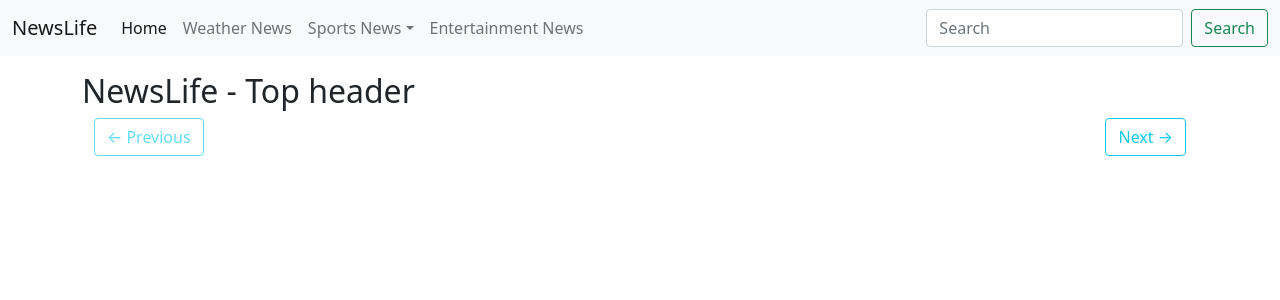
Repository: R-cpu-jpg/Newsapp.github.io
Page: /
An editor plug-in stored every save of this project. The page is shown before and after the next save, followed by the edit.
The browser window is 1280 px wide. The pictures show the whole page.
The page's requests for data from a server got no answer. The project was rebuilt for these pictures with package versions that can differ from the ones it lists, and the page was loaded fresh each time. No one was signed in, and anything a server would have sent is missing. Also part of the build but not shown: src/index.css, src/App.css, src/Components/NewsItem.js.

Above is the page before, as saved 2023-01-19 12:33:32.

### public/index.html
<!DOCTYPE html>
<html lang="en">
  <head>
    <meta charset="utf-8" />
    <link rel="icon" href="%PUBLIC_URL%/favicon.ico" />
    <meta name="viewport" content="width=device-width, initial-scale=1" />
    <meta name="theme-color" content="#000000" />
    <meta
      name="description"
      content="NewsLife is the site who grab the most of useful information about the all our world. It is also international website that contains the latest news. If you are interested in news of Weather, Politics, Sports, and Film industries. NewsLife is only for you."
    />
    <link rel="apple-touch-icon" href="%PUBLIC_URL%/logo192.png" />
    <!--
      manifest.json provides metadata used when your web app is installed on a
      user's mobile device or desktop. See https://developers.google.com/web/fundamentals/web-app-manifest/
    -->
    <link rel="manifest" href="%PUBLIC_URL%/manifest.json" />
    <link href="https://cdn.jsdelivr.net/npm/bootstrap@5.0.2/dist/css/bootstrap.min.css" rel="stylesheet" integrity="sha384-EVSTQN3/azprG1Anm3QDgpJLIm9Nao0Yz1ztcQTwFspd3yD65VohhpuuCOmLASjC" crossorigin="anonymous">
    <!--
      Notice the use of %PUBLIC_URL% in the tags above.
      It will be replaced with the URL of the `public` folder during the build.
      Only files inside the `public` folder can be referenced from the HTML.

      Unlike "/favicon.ico" or "favicon.ico", "%PUBLIC_URL%/favicon.ico" will
      work correctly both with client-side routing and a non-root public URL.
      Learn how to configure a non-root public URL by running `npm run build`.
    -->
    <title>NewsLife - get daily news free!</title>
  </head>
  <body>
    <noscript>You need to enable JavaScript to run this app.</noscript>
    <div id="root"></div>
    <!--
      This HTML file is a template.
      If you open it directly in the browser, you will see an empty page.

      You can add webfonts, meta tags, or analytics to this file.
      The build step will place the bundled scripts into the <body> tag.

      To begin the development, run `npm start` or `yarn start`.
      To create a production bundle, use `npm run build` or `yarn build`.
    -->
    <script src="https://cdn.jsdelivr.net/npm/@popperjs/core@2.9.2/dist/umd/popper.min.js" integrity="sha384-IQsoLXl5PILFhosVNubq5LC7Qb9DXgDA9i+tQ8Zj3iwWAwPtgFTxbJ8NT4GN1R8p" crossorigin="anonymous"></script>
<script src="https://cdn.jsdelivr.net/npm/bootstrap@5.0.2/dist/js/bootstrap.min.js" integrity="sha384-cVKIPhGWiC2Al4u+LWgxfKTRIcfu0JTxR+EQDz/bgldoEyl4H0zUF0QKbrJ0EcQF" crossorigin="anonymous"></script>
  </body>
</html>

### src/App.js

import './App.css';

import React, { Component } from 'react'
import Navbar from './Components/Navbar';
import News from './Components/News';

export default class App extends Component {
  render() {
    return (
      <div>
        <Navbar/>
        <News/>
      </div>
    )
  }
}

### src/Components/Navbar.js
import React, { Component } from 'react'

export class Navbar extends Component {

  render() {
    return (
      <div>
        <nav className="navbar navbar-expand-lg navbar-light bg-light">
            <div className="container-fluid">
                <a className="navbar-brand" href="#">NewsLife</a>
                <button className="navbar-toggler" type="button" data-bs-toggle="collapse" data-bs-target="#navbarSupportedContent" aria-controls="navbarSupportedContent" aria-expanded="false" aria-label="Toggle navigation">
                <span className="navbar-toggler-icon"></span>
                </button>
                <div className="collapse navbar-collapse" id="navbarSupportedContent">
                <ul className="navbar-nav me-auto mb-2 mb-lg-0">
                    <li className="nav-item">
                    <a className="nav-link active" aria-current="page" href="/">Home</a>
                    </li>
                    <li className="nav-item">
                    <a className="nav-link" href="/">Weather News</a>
                    </li>
                    <li className="nav-item dropdown">
                    <a className="nav-link dropdown-toggle" href="/" id="navbarDropdown" role="button" data-bs-toggle="dropdown" aria-expanded="false">
                        Sports News
                    </a>
                    <ul className="dropdown-menu" aria-labelledby="navbarDropdown">
                        <li><a className="dropdown-item" href="/">Basketball</a></li>
                        <li><a className="dropdown-item" href="/">Football</a></li>
                        <li><a className="dropdown-item" href="/">Hockey</a></li>
                        <li><a className="dropdown-item" href="/">Badminton</a></li>
                        <li><a className="dropdown-item" href="/">judo</a></li>
                        <li><hr className="dropdown-divider"/></li>
                        <li><a className="dropdown-item" href="/">More....</a></li>
                    </ul>
                    </li>
                    <li className="nav-item">
                    <a className="nav-link" href="/">Entertainment News</a>
                    </li>
                </ul>
                <form className="d-flex">
                    <input className="form-control me-2" type="search" placeholder="Search" aria-label="Search"/>
                    <button className="btn btn-outline-success" type="submit">Search</button>
                </form>
                </div>
            </div>
        </nav>
      </div>
    )
  }
}

export default Navbar

### src/Components/News.js
import React, { Component } from 'react';

import { NewsItem } from './NewsItem';

      export class News extends Component {
          constructor(){
              super();
              this.state = {
                  articles: [],
                  loading: false,
                  page:1,

          }
      }

      async componentDidMount(){
          let url = "https://newsapi.org/v2/top-headlines?country=in&apiKey=12c50882365b459b917dc014159fcd84&page=1pageSize=10";
          let data = await fetch(url);
          let parsedData = await data.json()
          console.log(parsedData);
          this.setState({articles: parsedData.articles, totalResults: parsedData.totalResults})
      }

      handlePrevCheck = async () => {
          console.log("Previous");
          let url = `https://newsapi.org/v2/top-headlines?country=in&apiKey=12c50882365b459b917dc014159fcd84&page=${this.state.page - 1}&pageSize=10`;
          let data = await fetch(url);
          let parsedData = await data.json()
          console.log(parsedData);
          this.setState({
            page: this.state.page - 1,
            articles: parsedData.articles
          })
      }

      handleNextCheck = async () => {
        console.log("Next");
        if (this.state.page + 1 > Math.ceil(this.state.totalResults/10)){

        }
        else{
        let url = `https://newsapi.org/v2/top-headlines?country=in&apiKey=12c50882365b459b917dc014159fcd84&page=${this.state.page + 1}&pageSize=10`;
        let data = await fetch(url);
        let parsedData = await data.json()
        console.log(parsedData);
        this.setState({
          page: this.state.page + 1,
          articles: parsedData.articles
        })
      }
      }


    render() {
        return (
            <div className="container my-3">
                <h2>NewsLife - Top header</h2>
                <div className="row">
                {this.state.articles.map((element)=>{
                return  <div className="col-md-4" key={element.url}>
                          <NewsItem title={element.title?element.title. slice(0, 45):""} description={element.description?element.description. slice(0, 88):""} imageUrl={element.urlToImage} newsUrl={element.url}></NewsItem>
                        </div>
                })}
                </div>
                <div className="container d-flex justify-content-between">
                  <button disabled={this.state.page<=1} type="button" className="btn btn-outline-info" onClick={this.handlePrevCheck}> &larr; Previous</button>
                  <button type="button" className="btn btn-outline-info" onClick={this.handleNextCheck}>Next &rarr;</button>
                </div>
            </div>
        )
    }
  }

export default News

Loaded but not shown: src/index.js (common file); src/reportWebVitals.js (common file)

After the next save:
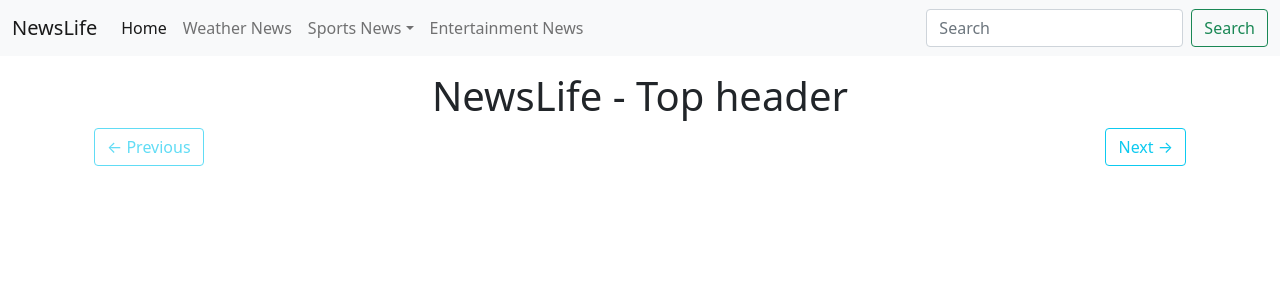
Saved 58 min 58 s later.
--- a/src/Components/News.js
+++ b/src/Components/News.js
@@ -54,7 +54,7 @@
     render() {
         return (
             <div className="container my-3">
-                <h2>NewsLife - Top header</h2>
+                <h1 className='text-center'>NewsLife - Top header</h1>
                 <div className="row">
                 {this.state.articles.map((element)=>{
                 return  <div className="col-md-4" key={element.url}>
